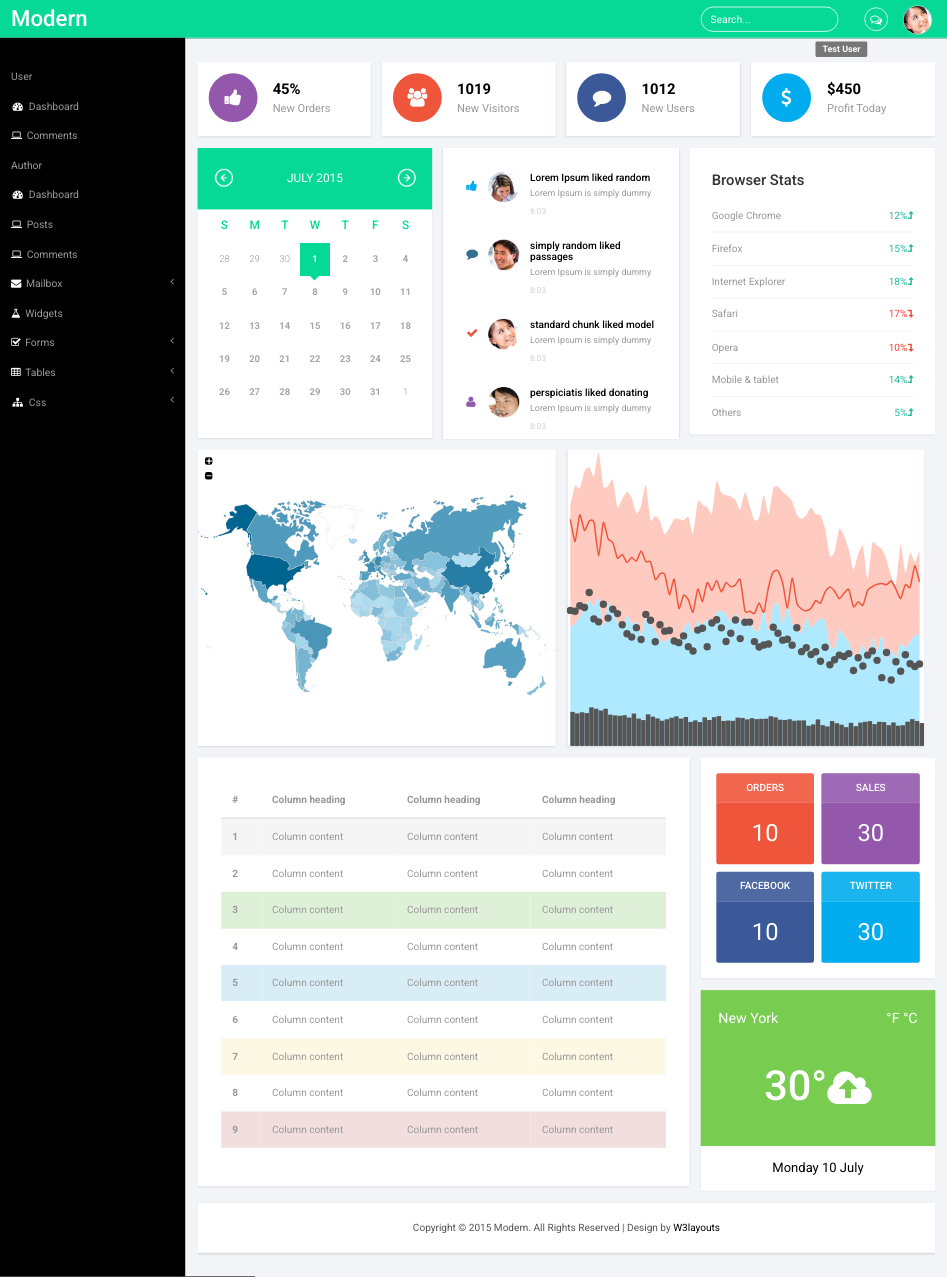
Repository: NomanMustafa/laravel-blog
Page: http://localhost/dashboard
An editor plug-in stored every save of this project. The page is shown before and after the next save, followed by the edit.
The browser window is 1280 px wide. The pictures show the whole page, at 74% of full size.
The page is served by the project's Laravel application, run on PHP 8.4 with Laravel 8. A made-up administrator, Test User (test@example.com), is signed in. Other server files are loaded and not shown.

Above is the page before, as saved 2020-07-05 00:50:09.

### routes/web.php
<?php

use Illuminate\Support\Facades\Route;

/*
|--------------------------------------------------------------------------
| Web Routes
|--------------------------------------------------------------------------
|
| Here is where you can register web routes for your application. These
| routes are loaded by the RouteServiceProvider within a group which
| contains the "web" middleware group. Now create something great!
|
 */

// Route::get('/', function () {
//     return view('welcome');
// });
Route::get('/', 'PublicControler@index')->name('index');
Route::get('post/{id}', 'PublicControler@singlePost')->name('singlePost');
Route::get('/about', 'PublicControler@about')->name('about');
Route::get('/contect', 'PublicControler@contect')->name('contect');
Route::post('/contect', 'PublicControler@contectPost')->name('contectPost');

Auth::routes();
Route::get('/dashboard', 'HomeController@index')->name('dashboard');

Route::prefix('admin')->group(function(){
    Route::get('/dashboard' , 'AdminController@dashboard')->name('adminDashboard');
});

### resources/views/includes/admin/headerNavigation.blade.php
<div class="navbar-header">
     <button type="button" class="navbar-toggle" data-toggle="collapse" data-target=".navbar-collapse">
         <span class="sr-only">Toggle navigation</span>
         <span class="icon-bar"></span>
         <span class="icon-bar"></span>
         <span class="icon-bar"></span>
     </button>
     <a class="navbar-brand" href="index.html">Modern</a>
 </div>
 <!-- /.navbar-header -->
 <ul class="nav navbar-nav navbar-right">
     <li class="dropdown">
         <a href="#" class="dropdown-toggle" data-toggle="dropdown" aria-expanded="false"><i class="fa fa-comments-o"></i></a> <span class="badge">{{ Auth::user()->name }}</span>

     <li class="dropdown">
         <a href="#" class="dropdown-toggle avatar" data-toggle="dropdown"><img src="{{ asset('admin/assets/images/1.png') }}"></a>
         <ul class="dropdown-menu">


             <li class="m_2"><a href="#"><i class="fa fa-lock"></i> Logout</a></li>
         </ul>
     </li>
 </ul>
 <form class="navbar-form navbar-right">
     <input type="text" class="form-control" value="Search..." onfocus="this.value = '';" onblur="if (this.value == '') {this.value = 'Search...';}">
 </form>

### resources/views/includes/admin/sideBar.blade.php
<div class="navbar-default sidebar" role="navigation">
    <div class="sidebar-nav navbar-collapse">
        <ul class="nav" id="side-menu">
            <li>
                <a href="#">User</a>
            </li>
            <li>
                <a href="index.html"><i class="fa fa-dashboard fa-fw nav_icon"></i>Dashboard</a>
            </li>
            <li>
                <a href="#"><i class="fa fa-laptop nav_icon"></i>Comments</a>

                <!-- /.nav-second-level -->
            </li>
             <li>
                <a href="#">Author</a>
            </li>
          <li>
                <a href="index.html"><i class="fa fa-dashboard fa-fw nav_icon"></i>Dashboard</a>
            </li>
            <li>
                <a href="#"><i class="fa fa-laptop nav_icon"></i>Posts</a>

                <!-- /.nav-second-level -->
            </li>
            <li>
                <a href="#"><i class="fa fa-laptop nav_icon"></i>Comments</a>

                <!-- /.nav-second-level -->
            </li>
            <li>
                <a href="#"><i class="fa fa-envelope nav_icon"></i>Mailbox<span class="fa arrow"></span></a>
                <ul class="nav nav-second-level">
                    <li>
                        <a href="inbox.html">Inbox</a>
                    </li>
                    <li>
                        <a href="compose.html">Compose email</a>
                    </li>
                </ul>
                <!-- /.nav-second-level -->
            </li>
            <li>
                <a href="widgets.html"><i class="fa fa-flask nav_icon"></i>Widgets</a>
            </li>
            <li>
                <a href="#"><i class="fa fa-check-square-o nav_icon"></i>Forms<span class="fa arrow"></span></a>
                <ul class="nav nav-second-level">
                    <li>
                        <a href="forms.html">Basic Forms</a>
                    </li>
                    <li>
                        <a href="validation.html">Validation</a>
                    </li>
                </ul>
                <!-- /.nav-second-level -->
            </li>
            <li>
                <a href="#"><i class="fa fa-table nav_icon"></i>Tables<span class="fa arrow"></span></a>
                <ul class="nav nav-second-level">
                    <li>
                        <a href="basic_tables.html">Basic Tables</a>
                    </li>
                </ul>
                <!-- /.nav-second-level -->
            </li>
            <li>
                <a href="#"><i class="fa fa-sitemap fa-fw nav_icon"></i>Css<span class="fa arrow"></span></a>
                <ul class="nav nav-second-level">
                    <li>
                        <a href="media.html">Media</a>
                    </li>
                    <li>
                        <a href="login.html">Login</a>
                    </li>
                </ul>
                <!-- /.nav-second-level -->
            </li>
        </ul>
    </div>
    <!-- /.sidebar-collapse -->
</div>
<!-- /.navbar-static-side -->

### public/admin/assets/css/lines.css

.rickshaw_graph .detail {
	pointer-events: none;
	position: absolute;
	top: 0;
	z-index: 2;
	background: rgba(0, 0, 0, 0.1);
	bottom: 0;
	width: 1px;
	transition: opacity 0.25s linear;
	-moz-transition: opacity 0.25s linear;
	-o-transition: opacity 0.25s linear;
	-webkit-transition: opacity 0.25s linear;
}
.rickshaw_graph .detail.inactive {
	opacity: 0;
}
.rickshaw_graph .detail .item.active {
	opacity: 1;
}
.rickshaw_graph .detail .x_label {
	font-family: Arial, sans-serif;
	border-radius: 3px;
	padding: 6px;
	opacity: 0.5;
	border: 1px solid #e0e0e0;
	font-size: 12px;
	position: absolute;
	background: white;
	white-space: nowrap;
}
.rickshaw_graph .detail .x_label.left {
	left: 0;
}
.rickshaw_graph .detail .x_label.right {
	right: 0;
}
.rickshaw_graph .detail .item {
	position: absolute;
	z-index: 2;
	border-radius: 3px;

	font-size: 12px;
	font-family: Arial, sans-serif;
	opacity: 0;
	background: rgba(0, 0, 0, 0.4);
	color: white;
	border: 1px solid rgba(0, 0, 0, 0.4);
	margin-left: 1em;
	margin-right: 1em;
	margin-top: -1em;
	white-space: nowrap;
}
.rickshaw_graph .detail .item.left {
	left: 0;
}
.rickshaw_graph .detail .item.right {
	right: 0;
}
.rickshaw_graph .detail .item.active {
	opacity: 1;
	background: rgba(0, 0, 0, 0.8);
}
.rickshaw_graph .detail .item:after {
	position: absolute;
	display: block;
	width: 0;
	height: 0;

	content: "";

	border: 5px solid transparent;
}
.rickshaw_graph .detail .item.left:after {
	top: 1em;
	left: -5px;
	margin-top: -5px;
	border-right-color: rgba(0, 0, 0, 0.8);
	border-left-width: 0;
}
.rickshaw_graph .detail .item.right:after {
	top: 1em;
	right: -5px;
	margin-top: -5px;
	border-left-color: rgba(0, 0, 0, 0.8);
	border-right-width: 0;
}
.rickshaw_graph .detail .dot {
	width: 4px;
	height: 4px;
	margin-left: -3px;
	margin-top: -3.5px;
	border-radius: 5px;
	position: absolute;
	box-shadow: 0 0 2px rgba(0, 0, 0, 0.6);
	box-sizing: content-box;
	-moz-box-sizing: content-box;
	background: white;
	border-width: 2px;
	border-style: solid;
	display: none;
	background-clip: padding-box;
}
.rickshaw_graph .detail .dot.active {
	display: block;
}
/* graph */
#chart {
  width: 649px !important;
  height: 400px !important;
  background-color: #fff;
}
.rickshaw_graph {
	position: relative;
}
.rickshaw_graph svg {
  display: block;
  overflow: hidden;
}
@media (max-width:1366px){
#chart {
  width:533px !important;
}
}
@media (max-width:1280px){
#chart {
  width:483px !important;
}
canvas#doughnut, canvas#line, canvas#polarArea, #bar, #pie, #radar {
  width: 308px !important;
  height: 220px !important;
}
}
@media (max-width:1024px){
#chart {
  width:360px !important;
  height:300px !important;
}
}
@media (max-width:768px){
#chart {
  width:468px !important;
  height: 300px !important;
}
}
@media (max-width:736px){
#chart {
  width:685px !important;
  height: 300px !important;
}
}
@media (max-width:640px){
#chart {
  width:580px !important;
  height:250px !important;
}
}
@media (max-width:540px){
#chart {
  width:464px !important;
  height:250px !important;
}
}
@media (max-width:480px){
#chart {
  width:447px !important;
  height:250px !important;
}
}
@media (max-width:320px){
#chart {
  width:298px !important;
  height:250px !important;
}
.copy {
  padding: 10px;
}
.copy p{
  font-size:13px;
}
.btn-group-lg>.btn, .btn-lg {
  padding: 6px 7px;
  font-size: 16px;
}
.label {
  font-size: 56%;
}
.pagination-lg>li>a, .pagination-lg>li>span {
  padding: 8px 13px;
  font-size: 15px;
}
.nav>li>a {
  padding: 7px 8px;
}
.modal-dialog {
  width: 245px !important;
}
}

### public/admin/assets/css/custom.css
#wrapper {
    width: 100%;
}
#page-wrapper {
    /*--padding: 0 15px;--*/
    min-height: 568px;
    background-color: #fff;
}

@media(min-width:768px) {
    #page-wrapper {
        position: inherit;
        margin: 0 0 0 250px;
        /*--padding: 0 30px;--*/
        border-left: 1px solid #e7e7e7;
    }
}

.navbar-top-links {
    margin-right: 0;
}

.navbar-top-links li {
    display: inline-block;
}

.navbar-top-links li:last-child {
    margin-right: 15px;
}

.navbar-top-links li a {
    padding: 15px;
    min-height: 50px;
}

.navbar-top-links .dropdown-menu li {
    display: block;
}

.navbar-top-links .dropdown-menu li:last-child {
    margin-right: 0;
}

.navbar-top-links .dropdown-menu li a {
    padding: 3px 20px;
    min-height: 0;
}

.navbar-top-links .dropdown-menu li a div {
    white-space: normal;
}

.navbar-top-links .dropdown-messages,
.navbar-top-links .dropdown-tasks,
.navbar-top-links .dropdown-alerts {
    width: 310px;
    min-width: 0;
}
.navbar-top-links .dropdown-messages {
    margin-left: 5px;
}
.navbar-top-links .dropdown-tasks {
    margin-left: -59px;
}

.navbar-top-links .dropdown-alerts {
    margin-left: -123px;
}

.navbar-top-links .dropdown-user {
    right: 0;
    left: auto;
}

.sidebar .sidebar-nav.navbar-collapse {
    padding-right: 0;
    padding-left: 0;
}

.sidebar .sidebar-search {
    padding: 15px;
}
.sidebar .arrow {
    float: right;
}

.sidebar .fa.arrow:before {
    content: "\f104";
}

.sidebar .active>a>.fa.arrow:before {
    content: "\f107";
}

.sidebar .nav-second-level li,
.sidebar .nav-third-level li {
    border-bottom: 0!important;
}

.sidebar .nav-second-level li a {
    padding-left: 37px;
}

.sidebar .nav-third-level li a {
    padding-left: 52px;
}

@media(min-width:768px) {
    .sidebar {
        z-index: 1;
        position: absolute;
        width: 250px;
        margin-top: 51px;
    }

    .navbar-top-links .dropdown-messages,
    .navbar-top-links .dropdown-tasks,
    .navbar-top-links .dropdown-alerts {
        margin-left: auto;
    }
}

### public/admin/assets/css/clndr.css
.cal1{
   background: #fff;
   margin-bottom: 1em;
   min-height: 392px;
}
.noselect {
  -webkit-user-select: none;
  /* Chrome/Safari */
  -moz-user-select: none;
  /* Firefox */
  -ms-user-select: none;
  /* IE10+ */
}
.cal1 .clndr .clndr-controls {
    position: relative;
  	color: #FFF;
	font-size: 1em;
	font-weight:400;
	text-transform: uppercase;
	padding:30px 20px;
	text-align: center;
	background-color:rgb(6, 217, 149);
}
.cal1 .clndr .clndr-controls .month {
   text-align:center;
}
.cal1 .clndr .clndr-controls .clndr-control-button .clndr-next-button {
  position:absolute;
  right:20px;
  top:25px;
  width:30px;
  height:30px;
  text-indent: -4000px;
  background: url(../images/arrow-right.png) no-repeat 0px;
  cursor: pointer;
  -webkit-user-select: none;
  /* Chrome/Safari */
  -moz-user-select: none;
  /* Firefox */
  -ms-user-select: none;
  /* IE10+ */
}
.cal1 .clndr .clndr-controls .clndr-control-button .clndr-next-button.inactive:hover {
  cursor: default;
}
.cal1 .clndr .clndr-controls .clndr-control-button .clndr-previous-button {
   position:absolute;
   left:20px;
   top:25px;
   width:30px;
   height:30px;
  text-indent: -4000px;
  background: url(../images/arrow-left.png) no-repeat 0px;
  cursor: pointer;
  -webkit-user-select: none;
  /* Chrome/Safari */
  -moz-user-select: none;
  /* Firefox */
  -ms-user-select: none;
  /* IE10+ */
}
.cal1 .clndr .clndr-controls .clndr-control-button .clndr-previous-button.inactive:hover {
   cursor: default;
}
.cal1 .clndr .clndr-table {
  table-layout: fixed;
  width:90%;
  margin:0 auto;
}
.cal1 .clndr .clndr-table .header-days {
   font-size:1em;
   font-weight:500;
}
.cal1 .clndr .clndr-table .header-days .header-day {
  vertical-align: middle;
  text-align: center;
  color:rgb(6, 217, 149);
}
.cal1 .clndr .clndr-table tr {
    height:45px;
}
.cal1 .clndr .clndr-table tr td {
  vertical-align: top;
}
.cal1 .clndr .clndr-table tr .day {
  width: 100%;
  height: inherit;
  color: #A6A6A6;
  vertical-align: middle;
  cursor: pointer;
  -webkit-transition: all 0.3s ease-in-out;
  -moz-transition: all 0.3s ease-in-out;
  -o-transition: all 0.3s ease-in-out;
  transition: all 0.3s ease-in-out;
  font-weight: 700;
}
.cal1 .clndr .clndr-table tr .day.today {
  	 background:rgb(6, 217, 149);
	 color: #FFF;
	 position:relative;
}
.cal1 .clndr .clndr-table tr .day.today:after {
	content: '';
	position: absolute;
	left: 14px;
	bottom: -6px;
	border-left: 6px solid rgba(0, 0, 0, 0);
	border-right: 6px solid rgba(0, 0, 0, 0);
	border-top: 6px solid rgb(6, 217, 149);
}
.cal1 .clndr .clndr-table tr .day.today:hover {
  	color: #FFF;
  	background:rgb(2, 208, 142);
}
.cal1 .clndr .clndr-table tr .day:hover{
	color: #FFF;
  	background:rgb(2, 199, 135);
}
.cal1 .clndr .clndr-table tr .day.today.event {
     background:rgb(6, 217, 149);
	 color:#FFF;
}
.day.today.event:hover{
	background:#096e9a;
	color:#FFF;
}
.cal1 .clndr .clndr-table tr .day .day-contents {
  box-sizing: border-box;
  font-size:0.8em;
  text-align:center;
  cursor:pointer;
}
.cal1 .clndr .clndr-table tr .empty,
.cal1 .clndr .clndr-table tr .adjacent-month {
  width: 100%;
  height: inherit;
  color: #989898;
  font-weight: 300;
}
@media all and (max-width:1024px){
	.cal1 .clndr .clndr-table tr .day.today:after{
		left:20px;
	}
	.cal1 .clndr .clndr-controls {
  font-size: 0.85em;
  padding: 20px 10px;
}
.cal1 .clndr .clndr-controls .clndr-control-button .clndr-previous-button {
  left: 10px;
  top: 14px;
}
.cal1 .clndr .clndr-controls .clndr-control-button .clndr-next-button {
  right: 10px;
  top: 14px;
}
.cal1 .clndr .clndr-table .header-days {
  font-size: 12px;
}
.cal1 .clndr .clndr-table tr {
  height: 35px;
  font-size: 12px;
}
.cal1 {
  min-height: 280px;
}
}
@media all and (max-width:800px){
	.cal1 .clndr .clndr-table tr .day.today:after{
		left:13px;
	}
}
@media all and (max-width:640px){
	.cal1 .clndr .clndr-table tr{
		height:35px;
	}
	.cal1 .clndr .clndr-table tr .day.today:after{
		left:10px;
	}
}
@media all and (max-width:480px){
	.cal1 .clndr .clndr-table tr .day.today:after{
		left:24px;
	}
}
@media all and (max-width:320px) {
	.cal1 .clndr .clndr-table tr {
		height: 35px;
	}
	.cal1 .clndr .clndr-table tr .day.today:after{
		left:15px;
	}
}

### public/admin/assets/css/jqvmap.css
/*!
 * jQVMap Version 1.0
 *
 * http://jqvmap.com
 *
 * Copyright 2012, Peter Schmalfeldt <manifestinteractive@gmail.com>
 * Licensed under the MIT license.
 *
 * Fork Me @ https://github.com/manifestinteractive/jqvmap
 */
.jqvmap-label
{
	position: absolute;
	display: none;
	-webkit-border-radius: 3px;
	-moz-border-radius: 3px;
	border-radius: 3px;
	background: #292929;
	color: white;
	font-family: sans-serif, Verdana;
	font-size: smaller;
	padding: 3px;
}
.jqvmap-zoomin, .jqvmap-zoomout
{
  position: absolute;
  left: 10px;
  -webkit-border-radius: 3px;
  -moz-border-radius: 3px;
  border-radius: 3px;
  background: #000000;
  padding: 1px;
  color: white;
  width: 10px;
  height: 10px;
  cursor: pointer;
  line-height: 9px;
  text-align: center;
}
.jqvmap-zoomin
{
	top: 10px;
}
.jqvmap-zoomout
{
	top: 30px;
}
.jqvmap-region
{
  cursor: pointer;
}
.jqvmap-ajax_response
{
  width: 100%;
  height: 500px;
}

Loaded but not shown: app/Providers/AppServiceProvider.php (common file); app/Http/Controllers/Auth/LoginController.php (common file); app/Http/Controllers/Controller.php (common file); app/Http/Controllers/Auth/ConfirmPasswordController.php (common file); app/User.php (common file); app/Http/Controllers/HomeController.php (common file); public/admin/assets/css/bootstrap.min.css (library); public/admin/assets/css/font-awesome.css (library); public/admin/assets/js/jquery.min.js (library); public/admin/assets/js/metisMenu.min.js (common file); public/admin/assets/js/d3.v3.js (library); public/admin/assets/js/underscore-min.js (library); public/admin/assets/js/moment-2.2.1.js (library); public/admin/assets/js/jquery.vmap.js (library); public/admin/assets/js/jquery.vmap.sampledata.js (common file); public/admin/assets/js/jquery.vmap.world.js (library); public/admin/assets/js/bootstrap.min.js (library); public/admin/assets/js/rickshaw.js (3908 lines, source omitted); public/admin/assets/js/clndr.js (833 lines, source omitted); public/admin/assets/js/site.js (90 lines, source omitted); public/admin/assets/js/custom.js (36 lines, source omitted); public/admin/assets/css/style.css (2713 lines, source omitted); resources/views/dashboard.blade.php (156 lines, source omitted); resources/views/layouts/admin.blade.php (257 lines, source omitted)

After the next save:
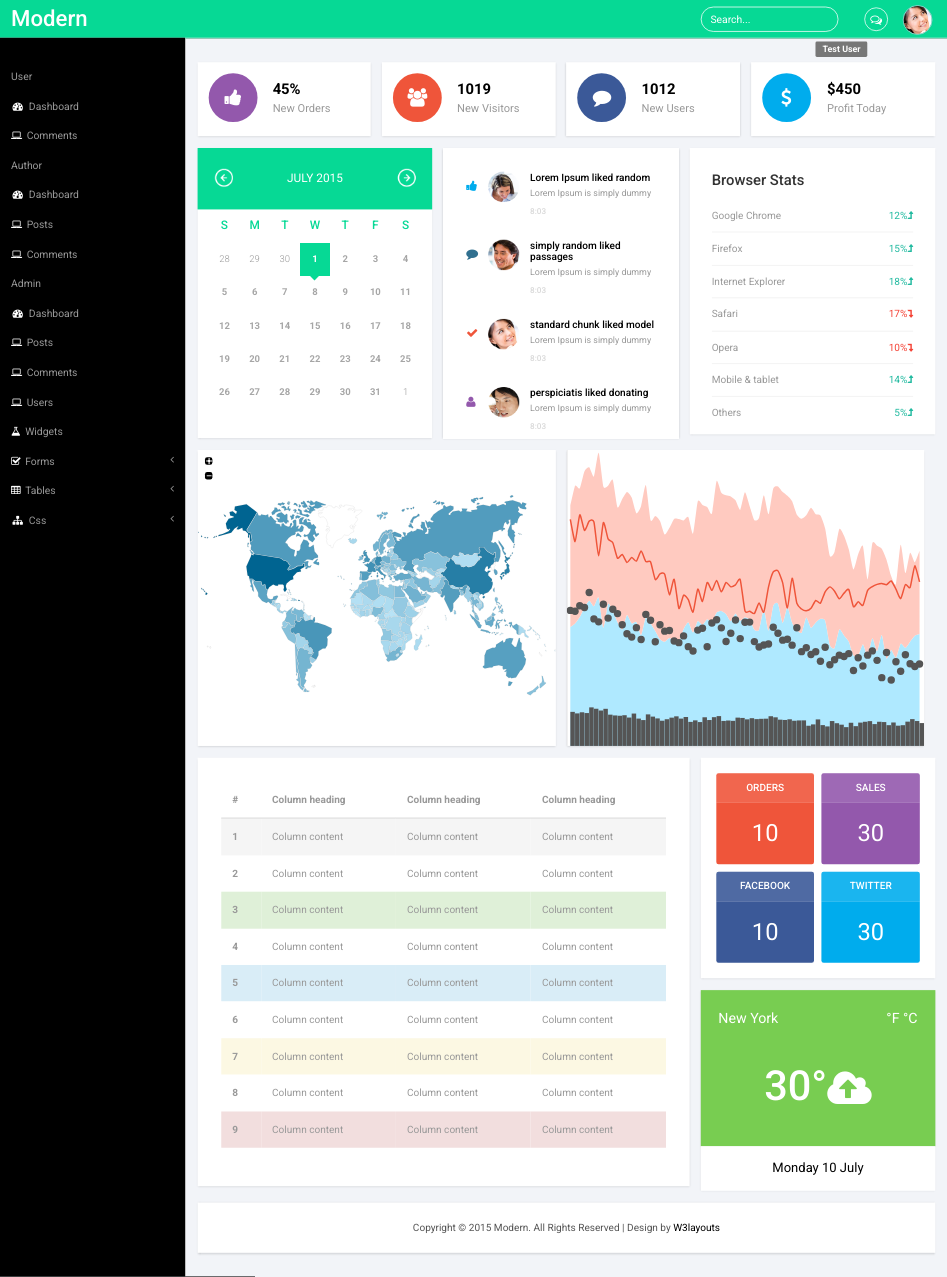
Saved 67 s later.
--- a/resources/views/includes/admin/sideBar.blade.php
+++ b/resources/views/includes/admin/sideBar.blade.php
@@ -28,18 +28,28 @@
 
                 <!-- /.nav-second-level -->
             </li>
+             <li>
+                <a href="#">Admin</a>
+            </li>
             <li>
-                <a href="#"><i class="fa fa-envelope nav_icon"></i>Mailbox<span class="fa arrow"></span></a>
-                <ul class="nav nav-second-level">
-                    <li>
-                        <a href="inbox.html">Inbox</a>
-                    </li>
-                    <li>
-                        <a href="compose.html">Compose email</a>
-                    </li>
-                </ul>
+                <a href="index.html"><i class="fa fa-dashboard fa-fw nav_icon"></i>Dashboard</a>
+            </li>
+            <li>
+                <a href="#"><i class="fa fa-laptop nav_icon"></i>Posts</a>
+
                 <!-- /.nav-second-level -->
             </li>
+            <li>
+                <a href="#"><i class="fa fa-laptop nav_icon"></i>Comments</a>
+
+                <!-- /.nav-second-level -->
+            </li>
+<li>
+                <a href="#"><i class="fa fa-laptop nav_icon"></i>Users</a>
+
+                <!-- /.nav-second-level -->
+            </li>
+
             <li>
                 <a href="widgets.html"><i class="fa fa-flask nav_icon"></i>Widgets</a>
             </li>
